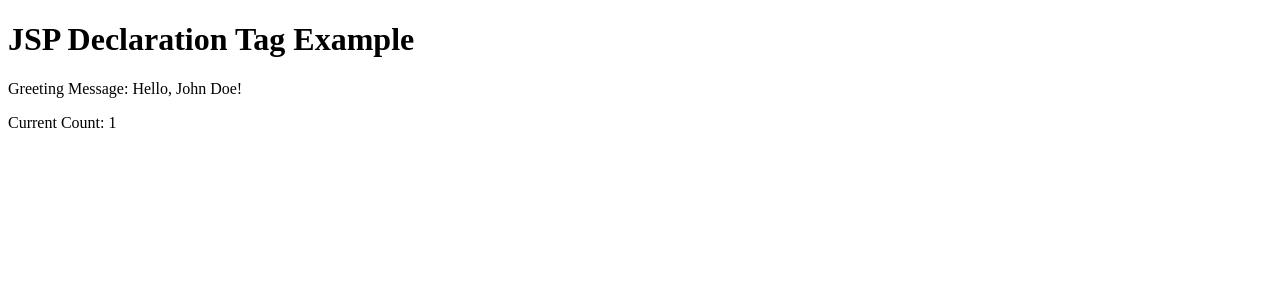
Repository: amarjeetcs/Besant-JSP
Page: http://localhost/HelloWorldUsingJsp/Declaration-Tag/index.jsp
The author's editor kept a copy of each file at every save. The page is drawn from the files as they stood at one save, then again after the next save.
The browser window is 1280 px wide. The pictures show the whole page.
The page is served by Tomcat 9. Other server files are loaded and not shown.

Above is the page before, as saved 2024-09-16 04:02:07.

### HelloWorldUsingJsp/src/main/webapp/Declaration-Tag/index.jsp
<%@ page language="java" contentType="text/html; charset=UTF-8"
	pageEncoding="UTF-8"%>
<!DOCTYPE html>
<html>
<head>
<title>JSP Declaration Tag Example</title>
</head>
<body>
	<h1>JSP Declaration Tag Example</h1>
	<!-- The JSP declaration tag is used to declare fields and methods. The
	code written inside the jsp declaration tag is placed outside the
	service() method of auto generated servlet. -->
	<%-- Declaration of a variable and a method --%>
	<%!// Declare a variable
	private int count = 0;

	// Declare a method
	public String getGreeting(String name) {
		return "Hello, " + name + "!";
	}

	// Method to increment the count
	public void incrementCount() {
		count++;
	}%>

	<%-- Using the declared method and variable --%>
	<%
	// Increment count
	incrementCount();

	// Get greeting message
	String greeting = getGreeting("John Doe");
	%>

	<p>
		Greeting Message:
		<%=greeting%></p>
	<p>
		Current Count:
		<%=count%></p>
</body>
</html>

After the next save:
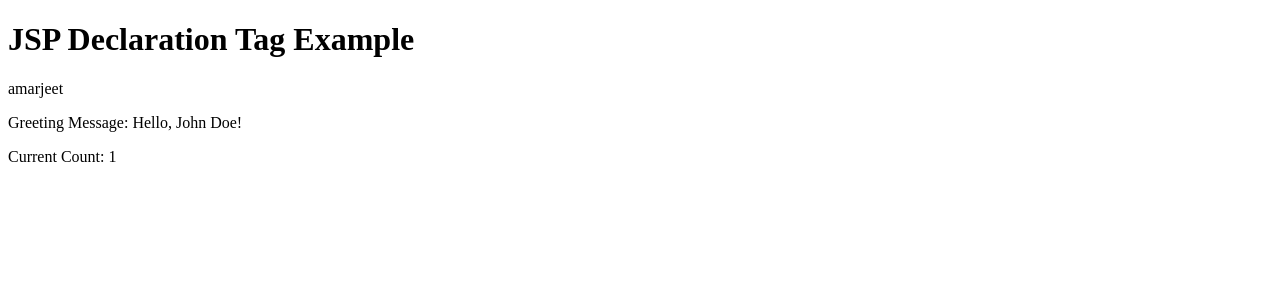
Saved 15 min 50 s later.
--- a/HelloWorldUsingJsp/src/main/webapp/Declaration-Tag/index.jsp
+++ b/HelloWorldUsingJsp/src/main/webapp/Declaration-Tag/index.jsp
@@ -32,6 +32,8 @@
 	// Get greeting message
 	String greeting = getGreeting("John Doe");
 	%>
+	<% String str="amarjeet";%>
+	<%out.print(str); %>
 
 	<p>
 		Greeting Message:
